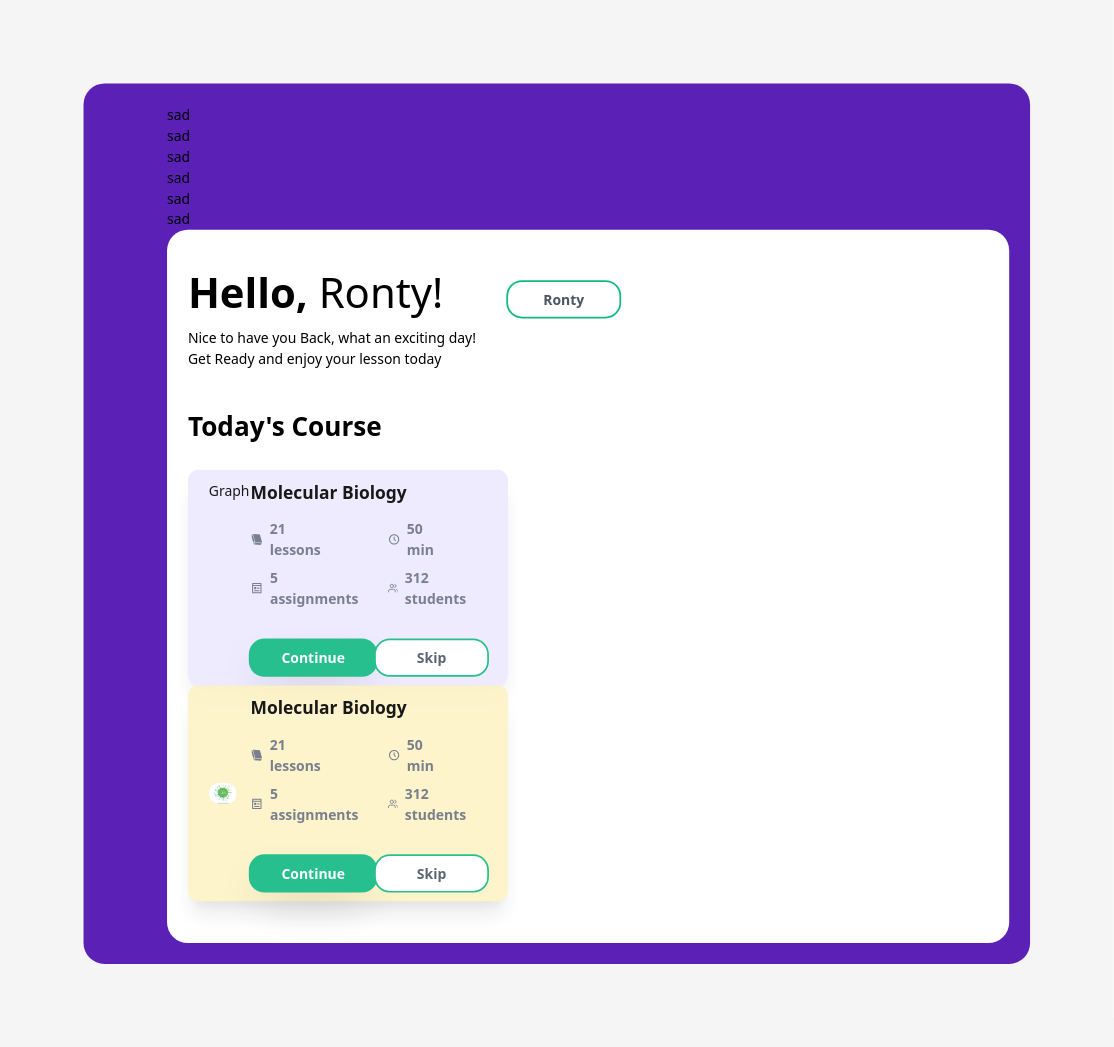
Repository: coolronts/Vite-Tailwind
Page: /
The author's editor kept a copy of each file at every save. The page is drawn from the files as they stood at one save, then again after a run of saves.
The browser window is 1280 px wide. The pictures show the whole page, at 87% of full size.
The project was rebuilt for these pictures with package versions that can differ from the ones it lists, and the page was loaded fresh each time. Also part of the build but not shown: vite.config.js.

Above is the page before, as saved 2021-11-26 14:01:02.

### src/App.jsx
import './App.css'

import {Course, Intro} from './Section'
import { PrimaryButton, SecondaryButton } from './components/Button'

import Class from './Section/Class'
import Menu from './Section/Menu'
import {PrimaryCard} from './components/Card'
import SplitScreen from './components/SplitScreen'

function App() {

  return (

    <div className="App ">
      <div className="p-6 pl-24 bg-purple-800 m-24 rounded-3xl">
        <Menu />
      <div className="bg-white rounded-3xl px-6 py-12">
      <SplitScreen leftWeight = 'w-2/5'>
        <div id="left">
          <Intro/>
          <div id="course">
            <p className="text-3xl font-bold  font-sans mb-8">Today's Course</p>
            <PrimaryCard>
              <Course/>
            </PrimaryCard>
            <PrimaryCard color="yellow">
              <Class/>
            </PrimaryCard>
          </div>
        </div>

        <div id="right">
          <SecondaryButton name="Ronty"/>
        </div>


        </SplitScreen>
        </div>
      </div>
      </div>
  )
}

export default App

### src/Section/index.js
import Course from "./Course";
import Intro from "./Intro";

export { Intro, Course };

### src/components/Button/index.jsx
import React from 'react'

export const PrimaryButton = ({name}) =>{
  return (
    <button className="bg-green-500 w-36 py-2 ring-2 ring-green-500 text-white text-md font-semibold shadow-2xl rounded-2xl mt-3">
      {name}
    </button>
  )
}

export const SecondaryButton = ({name}) =>{
  return (
    <button className="bg-white w-32 py-2 ring-2 ring-green-500 text-gray-600 text-md font-semibold  rounded-2xl mt-3">
      {name}
    </button>
  )
}

### src/Section/Class/index.jsx
import {PrimaryButton, SecondaryButton} from '../../components/Button'

import { BiTimeFive } from 'react-icons/bi'
import {FiUsers} from 'react-icons/fi'
import { GiWhiteBook } from 'react-icons/gi'
import React from 'react'
import { RiPagesLine } from 'react-icons/ri'
import SplitScreen from '../../components/SplitScreen'

export default function Class({
  course = "Molecular Biology",
  lessons = "21",
  assignments = "5",
  time = "50",
  students = "312"
}) {
  return (
    <SplitScreen leftWeight = 'w-1/3 mr-4' rightWeight = 'w-full'>
      <div id="left" className="flex flex-col justify-center h-full ">
        <img className="rounded-2xl" src="data:[embedded picture, 7543 characters]" alt=""/>
      </div>
      <div id="right">
        <h4 className="font-bold text-xl mb-4">{course}</h4>
        <div className="flex flex-col w-5/6">
          <div className="flex  text-gray-500 font-semibold mb-2">
            <p className="flex items-center mr-16"> <GiWhiteBook className="mr-2"/>  {lessons} lessons</p>
            <p className="flex items-center"> <BiTimeFive className="mr-2"/>  {time} min</p>
          </div>
          <div className="flex  text-gray-500 font-semibold text-left">
            <p className="flex items-center mr-8"> <RiPagesLine className="mr-2"/>  {assignments} assignments</p>
            <p className="flex items-center"> <FiUsers className="mr-2"/>  {students} students</p>
          </div>
        </div>
        <div className="flex justify-around mt-6">
          <PrimaryButton name="Continue" />
          <SecondaryButton name="Skip" />
        </div>
      </div>
    </SplitScreen>
  )
}

### src/Section/Menu/index.jsx
import React from 'react'

export default function Menu() {
  return (
    <div className="flex flex-col justify-around">
      <p>sad</p>
      <p>sad</p><p>sad</p><p>sad</p><p>sad</p><p>sad</p>
    </div>
  )
}

### src/components/Card/index.jsx
import React from 'react'

export const PrimaryCard =({children, color="purple"}) => {
  return (
    <div className={`bg-${color}-100 py-3 px-6 rounded-xl shadow-xl opacity-90`}>
      {children}
    </div>
  )
}

### src/components/SplitScreen/index.jsx
import PropTypes from 'prop-types'
import React from "react"
import tw from "tailwind-styled-components"

const Container = tw.div`${(props) => props.weight}`;

const Pane = tw.div`${(props) => props.weight}`;

const SplitScreen = ({
	children,
	containerWeight = 'flex w-full',
  leftWeight = 'w-1/2',
	rightWeight = 'w-1/2',
}) => {
	const [left, right] = children;
	return (
		<Container className={containerWeight}>
			<Pane className={leftWeight}>
				{left}
			</Pane>
			<Pane className={rightWeight}>
				{right}
			</Pane>
		</Container>
	);
}

export default SplitScreen

SplitScreen.propTypes = {
	children: PropTypes.arrayOf(PropTypes.node).isRequired,
	containerWeight: PropTypes.string,
	leftWeight: PropTypes.string,
	rightWeight: PropTypes.string,
}

### src/Section/Course/index.jsx
import {PrimaryButton, SecondaryButton} from '../../components/Button'

import {BiTimeFive} from 'react-icons/bi'
import {FiUsers} from 'react-icons/fi'
import { GiWhiteBook } from 'react-icons/gi'
import React from 'react'
import { RiPagesLine } from 'react-icons/ri'
import SplitScreen from '../../components/SplitScreen'

export default function Course({
  course = "Molecular Biology",
  lessons = "21",
  assignments = "5",
  time = "50",
  students = "312"
}) {
  return (
    <SplitScreen leftWeight = 'w-1/5' rightWeight = 'w-full'>
      <div id="left">
        Graph
      </div>
      <div id="right">
        <h4 className="font-bold text-xl mb-4">{course}</h4>
        <div className="flex flex-col w-5/6">
          <div className="flex  text-gray-500 font-semibold mb-2">
            <p className="flex items-center mr-16"> <GiWhiteBook className="mr-2"/>  {lessons} lessons</p>
            <p className="flex items-center"> <BiTimeFive className="mr-2"/>  {time} min</p>
          </div>
          <div className="flex  text-gray-500 font-semibold text-left">
            <p className="flex items-center mr-8"> <RiPagesLine className="mr-2"/>  {assignments} assignments</p>
            <p className="flex items-center"> <FiUsers className="mr-2"/>  {students} students</p>
          </div>
        </div>
        <div className="flex justify-around mt-6">
          <PrimaryButton name="Continue" />
          <SecondaryButton name="Skip" />
        </div>
      </div>
    </SplitScreen>
  )
}

### src/Section/Intro/index.jsx
import React from 'react'

export default function Intro({name}) {
  return (
    <div className="mb-12">
      <h3 className="text-5xl font-sans font-bold mb-4">Hello, <span className="font-light">Ronty!</span> </h3>
      <div className="font-semibold tracking-wide text-gray-500">

      </div>
      <h5>Nice to have you Back, what an exciting day!</h5>
      <h5>Get Ready and enjoy your lesson today</h5>
    </div>
  )
}

Loaded but not shown: index.html (common file); src/main.jsx (common file); src/index.css (common file); src/App.css (common file); tailwind.config.js (common file)

After the next 2 saves:
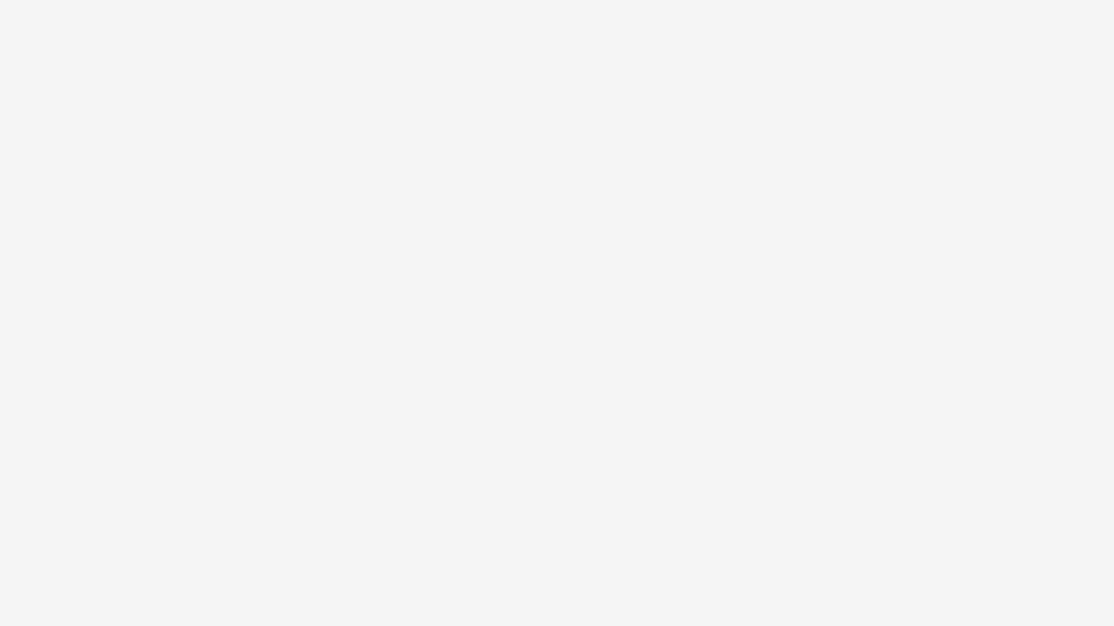
Console error: TypeError: children is not iterable
The 2 saves are shown as one change because 1 did not build or start.
The last was saved 62 s later.
--- a/src/App.jsx
+++ b/src/App.jsx
@@ -14,7 +14,8 @@
 
     <div className="App ">
       <div className="p-6 pl-24 bg-purple-800 m-24 rounded-3xl">
-        <Menu />
+        <SplitScreen leftWeight="w-1/3">
+
       <div className="bg-white rounded-3xl px-6 py-12">
       <SplitScreen leftWeight = 'w-2/5'>
         <div id="left">
@@ -37,6 +38,8 @@
 
         </SplitScreen>
         </div>
+
+        </SplitScreen>
       </div>
       </div>
   )

After the save that followed:
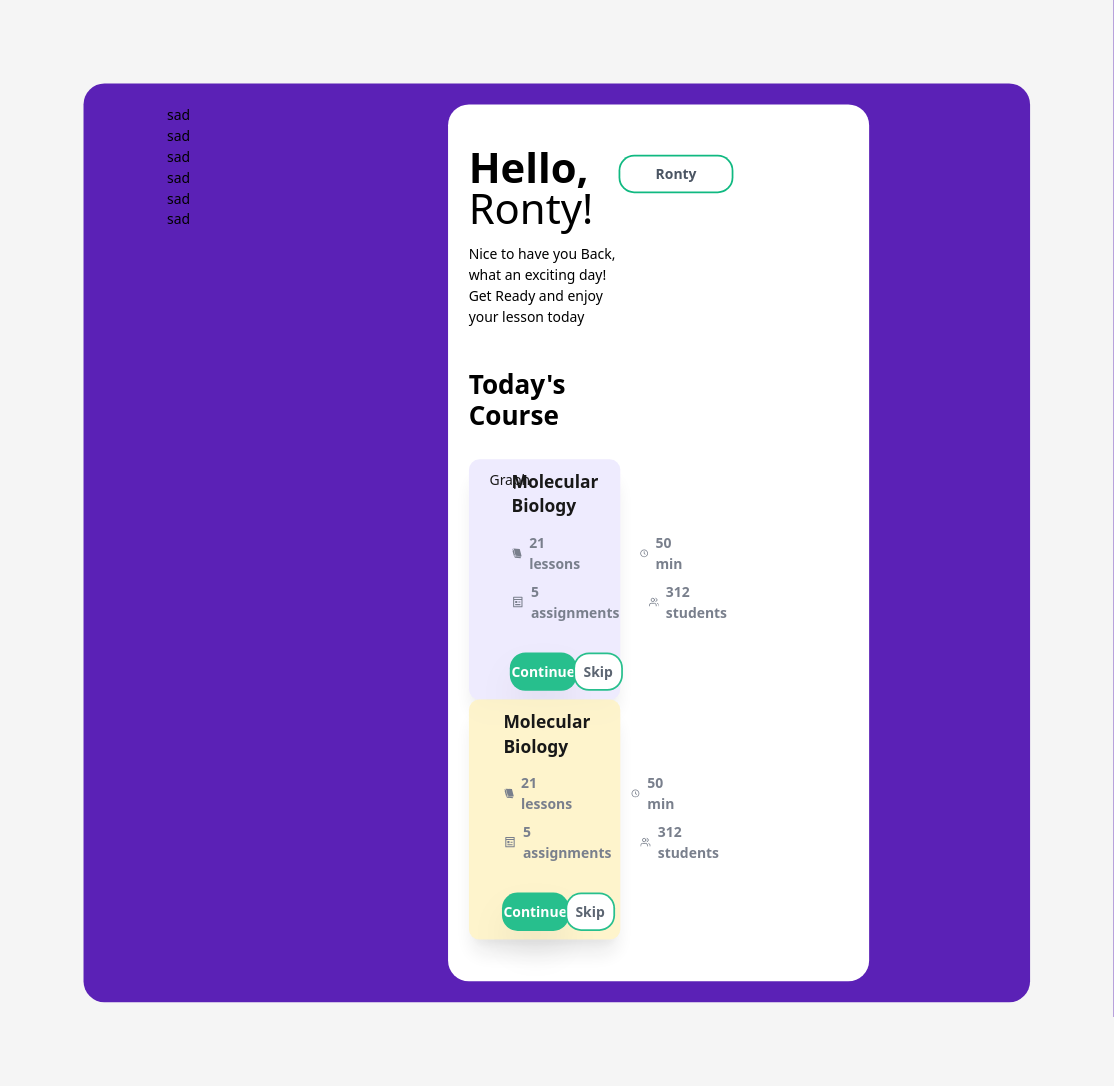
The error is gone.
Saved 58 s later.
--- a/src/App.jsx
+++ b/src/App.jsx
@@ -15,7 +15,7 @@
     <div className="App ">
       <div className="p-6 pl-24 bg-purple-800 m-24 rounded-3xl">
         <SplitScreen leftWeight="w-1/3">
-
+          <Menu />
       <div className="bg-white rounded-3xl px-6 py-12">
       <SplitScreen leftWeight = 'w-2/5'>
         <div id="left">
